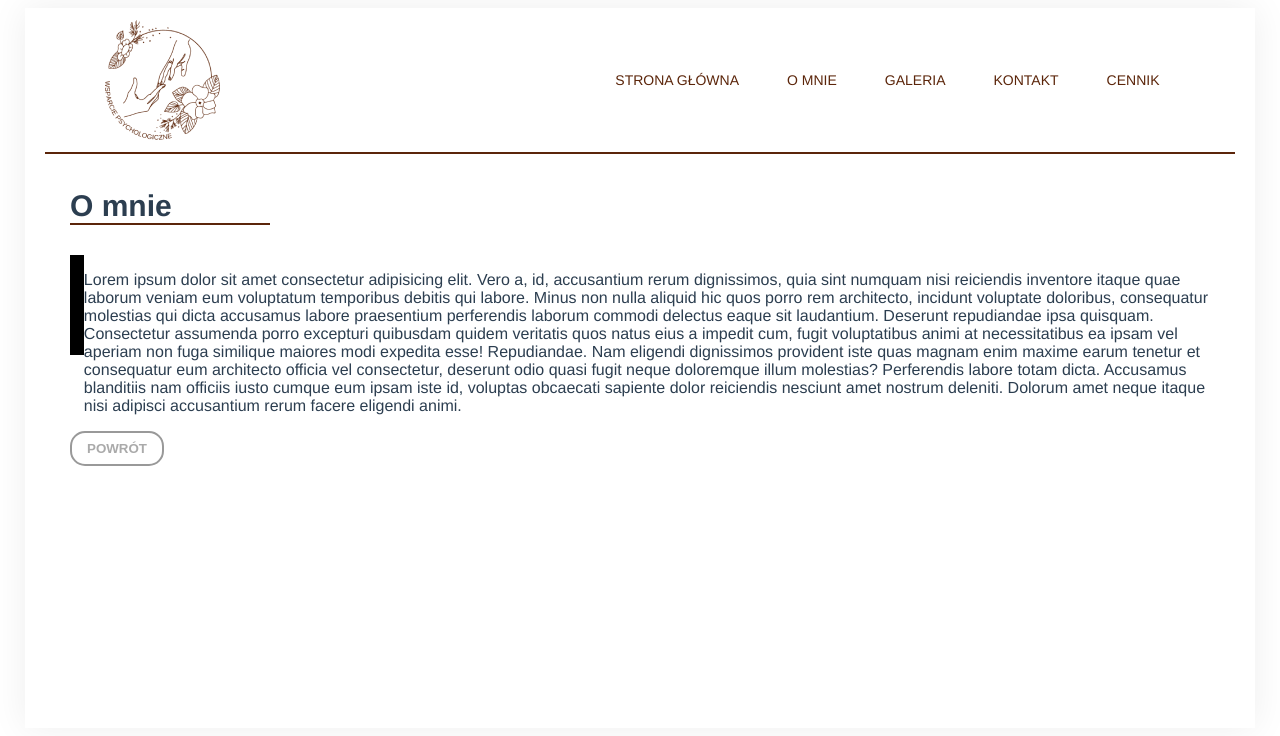
Repository: Kondzioor/szczepan-page
Page: /about
These files come from the project's save history. The page is drawn as it stood at one moment and after the next save; the edit follows.
The browser window is 1280 px wide. The pictures show the whole page.
Some web libraries are served in a nearby version. The project was rebuilt for these pictures with package versions that can differ from the ones it lists, and the page was loaded fresh each time. Also part of the build but not shown: src/views/Home.vue.

Above is the page before, as saved 2022-04-12 14:24:15.

### public/index.html
<!DOCTYPE html>
<html lang="">
  <head>
    <meta charset="utf-8">
    <meta http-equiv="X-UA-Compatible" content="IE=edge">
    <meta name="viewport" content="width=device-width,initial-scale=1.0">
    <link rel="icon" href="<%= BASE_URL %>favicon.ico">
    <title><%= htmlWebpackPlugin.options.title %></title>
    <script src="https://kit.fontawesome.com/c0ecb9f799.js" crossorigin="anonymous"></script>
  </head>
  <body>
    <noscript>
      <strong>We're sorry but <%= htmlWebpackPlugin.options.title %> doesn't work properly without JavaScript enabled. Please enable it to continue.</strong>
    </noscript>
    <div id="app"></div>
    <!-- built files will be auto injected -->
  </body>
</html>

### src/App.vue
<template>
 <div class="app">
   <Navbar />
   <router-view></router-view>
 </div>
</template>
<script>
import Navbar from './components/Navbar.vue'
export default {
  components:{
    Navbar,
  }
}
</script>

<style lang="scss">
.app {
  font-family: Avenir, Helvetica, Arial, sans-serif;
  -webkit-font-smoothing: antialiased;
  -moz-osx-font-smoothing: grayscale;
  color: #2c3e50;
  width: 100%;
  box-sizing: border-box;
  max-width:  1230px;
  min-height: 100vh;
  margin: 0 auto;
  padding: 0 20px;
  box-shadow: 0 0 35px #eee ;
}
a{
  text-decoration: none;
}
ul li{
  list-style: none;
}
button{
  border: none;
  outline: none;
  background: transparent;
  cursor: pointer;
}
</style>

### src/router/index.js
import { createRouter, createWebHistory } from 'vue-router'
import Home from '../views/Home.vue'
import AboutUs from '../views/AboutUs.vue'

const routes = [
  {
    path: '/',
    name: 'Home',
    component: Home
  },
  {
    path: '/about',
    name: 'AboutUs',
    component: AboutUs
  }
]

const router = createRouter({
  history: createWebHistory(process.env.BASE_URL),
  routes
})

export default router

### src/components/Navbar.vue
<template>
    <div class="header">
        <nav>
            <div class="branding">
                <img class="logo" src="../assets/logo/logo.png" alt="">
            </div>
            <ul v-if="!mobile" class="navigation">
                <li ><a class="link" href="#" @click="homePush">Strona główna</a></li>
                <li ><a class="link" href="#" @click="aboutUsPush">O mnie</a></li>
                <li ><a class="link" href="#">Galeria</a></li>
                <li ><a class="link" href="#">Kontakt</a></li>
                <li ><a class="link" href="#">Cennik</a></li>
            </ul>

            <div class="icon">
                <i @click="toggleMobileNav" v-show="mobile" class="fas fa-bars" :class="{'icon-active': mobileNav}"></i>
            </div>
            <transition name="mobile-nav">
                <ul v-if="mobileNav" class="dropdown-nav">
                <li ><a class="link" href="#" @click="homePush">Strona główna</a></li>
                <li ><a class="link" href="#" @click="aboutUsPush">O mnie</a></li>
                <li ><a class="link" href="#">Galeria</a></li>
                <li ><a class="link" href="#">Kontakt</a></li>
                <li ><a class="link" href="#">Cennik</a></li>
                </ul>
            </transition>
        </nav>
    </div>
</template>
<script>
import { useRouter } from "vue-router";
export default {

    data(){
        return{
            router: useRouter(),
            mobile: null,
            mobileNav: null,
            windowWidth: null,
        }
    },
    computed:{

  },
  methods:{
    toggleMobileNav(){
        this.mobileNav = !this.mobileNav
    },
    homePush(){
        this.router.push('/')
    },
    aboutUsPush(){
      this.router.push('/about')
    },

    checkScreen(){
        this.windowWidth = window.innerWidth;
        if(this.windowWidth <= 920){
            this.mobile = true
            return
        }
        this.mobile = false;
        this.mobileNav = false;
        return
    },
  },
  created(){
      window.addEventListener('resize',this.checkScreen);
      this.checkScreen();
  },
}
</script>
<style scoped>
.header{
    max-width:  1230px;
    background-color: white;
    width: 100%;
    border-bottom: 2px solid #5b250a;
    position: relative;
    transition: 0.5s ease all;
    color: #5b250a;
}
.logo{
    cursor: pointer;
}
nav{
    display: flex;
    flex-direction: row;
    padding: 12px 0;
    transition: .5s ease all;
    width:90%;
    margin: 0 auto;
    align-items: center;
}
ul,
.link {
    font-weight: 500;
    color: #5b250a;
    list-style: none;
    text-decoration: none;
}
li{
    text-transform: uppercase;
    padding: 16px;
    margin-left: 16px;
}
.link{
    font-size: 14px;
    transition: .5s ease all;
    padding-bottom: 4px;
    border-bottom: 1px solid transparent;
}
.link:hover{
    color: rgb(81,167,38);
    border-color: rgb(81,167,38);

}
.branding{

    display: flex;
    align-items: center;

}
.branding img{
    width:100%;
    transition: .5s ease all;
}
.navigation{
    display:flex;
    align-items: center;
    flex:1;
    justify-content: flex-end;
}
.icon{
    display: flex;
    align-items: center;
    position: absolute;
    top:0;
    right: 24px;
    height: 100%;
    z-index: 100;
}
i{
    cursor: pointer;
    font-size: 24px;
    transition: .8s ease all;
    margin-right: 40px;
}
.icon-active{
    transform: rotate(180deg);
}
.dropdown-nav{
    display: flex;
    flex-direction: column;
    position: fixed;
    width: 100%;
    max-width: 250px;
    height: 100%;
    background-color: #fff;
    top: 0;
    left: 0;
    z-index: 99;
}
.dropdown-nav li{
    margin-left: 0;

}
.mobile-nav-enter-active,
.mobile-nav-leave-active{
    transition: 1s ease all;
}
.mobile-nav-enter-from,
.mobile-nav-leave-to{
    transform: translateX(-250px)
}
.mobile-nav-enter-to{
    transform: translateX(0)
}

@media (max-width: 420px){
  i{
      margin-right: 10px;
  }
}
@media (max-width: 500px){
  i{
      margin-right: 5px;
  }
}
</style>

### src/views/AboutUs.vue
<template>
<div class="container">
        <div class="inner-container">
                <h1> O mnie
                    <div class="border"></div>
                </h1>
                <section>
                    <div class="photo"></div>
                <p class="text">
               Lorem ipsum dolor sit amet consectetur adipisicing elit. Vero a, id, accusantium rerum dignissimos, quia sint numquam nisi reiciendis inventore itaque quae laborum veniam eum voluptatum temporibus debitis qui labore.
               Minus non nulla aliquid hic quos porro rem architecto, incidunt voluptate doloribus, consequatur molestias qui dicta accusamus labore praesentium perferendis laborum commodi delectus eaque sit laudantium. Deserunt repudiandae ipsa quisquam.
               Consectetur assumenda porro excepturi quibusdam quidem veritatis quos natus eius a impedit cum, fugit voluptatibus animi at necessitatibus ea ipsam vel aperiam non fuga similique maiores modi expedita esse! Repudiandae.
               Nam eligendi dignissimos provident iste quas magnam enim maxime earum tenetur et consequatur eum architecto officia vel consectetur, deserunt odio quasi fugit neque doloremque illum molestias? Perferendis labore totam dicta.
               Accusamus blanditiis nam officiis iusto cumque eum ipsam iste id, voluptas obcaecati sapiente dolor reiciendis nesciunt amet nostrum deleniti. Dolorum amet neque itaque nisi adipisci accusantium rerum facere eligendi animi.
                </p>
                </section>

                <button @click="homePush">Powrót</button>
        </div>
    </div>
</template>
<script>
import { useRouter } from "vue-router";
export default {
    data(){
        return{
             router: useRouter(),
        }
    },
    methods:{
        homePush(){
            this.router.push('/products')
        }
    }
}
</script>
<style scoped>

.container{
    display: flex;
    align-items: center;
    justify-content: center;
    border-radius: 50px;
    margin: 15px 15px;
}
.inner-container{
    padding: 0 10px;
}
.inner-container h1{
    margin-bottom: 30px;
    font-size: 30px;
    font-weight: 800;
}
.border{
    height: 2px;
    width: 200px;
    background-color:#5b250a ;
}
section{
    display: flex;
}
.photo{
    background-color: black;
    width: 100px;
    height: 100px;
    /* flex-grow: 1;
    width: 500px;
    height: 500px;
    background-position-x: 65%;
    background-repeat: no-repeat;
    background-size: cover;
    background-image: url('../assets/boy.jpg'); */
}
.text
{
    /* font-size: 16px;
    color: #444;
    line-height: 30px;
    text-align: justify;
    margin-bottom: 40px; */
}
button{
    border: 2px solid #999;
    color: #aaa;
    border-radius: 15px;
    padding: 8px 15px;
    text-transform: uppercase;
    font-weight: 600;

}
button:hover{
    color: rgb(81,167,38);
    border-color: rgb(81,167,38);
}
span{
    font-weight: bold;
}
@media (max-width: 720px){
    .inner-container{
    padding: 80px 50px;
    }
}
@media (max-width: 500px){
    .inner-container{
    padding: 50px 20px;
    }
}
</style>

Loaded but not shown: src/main.js (common file); src/store/index.js (common file)

After the next save:
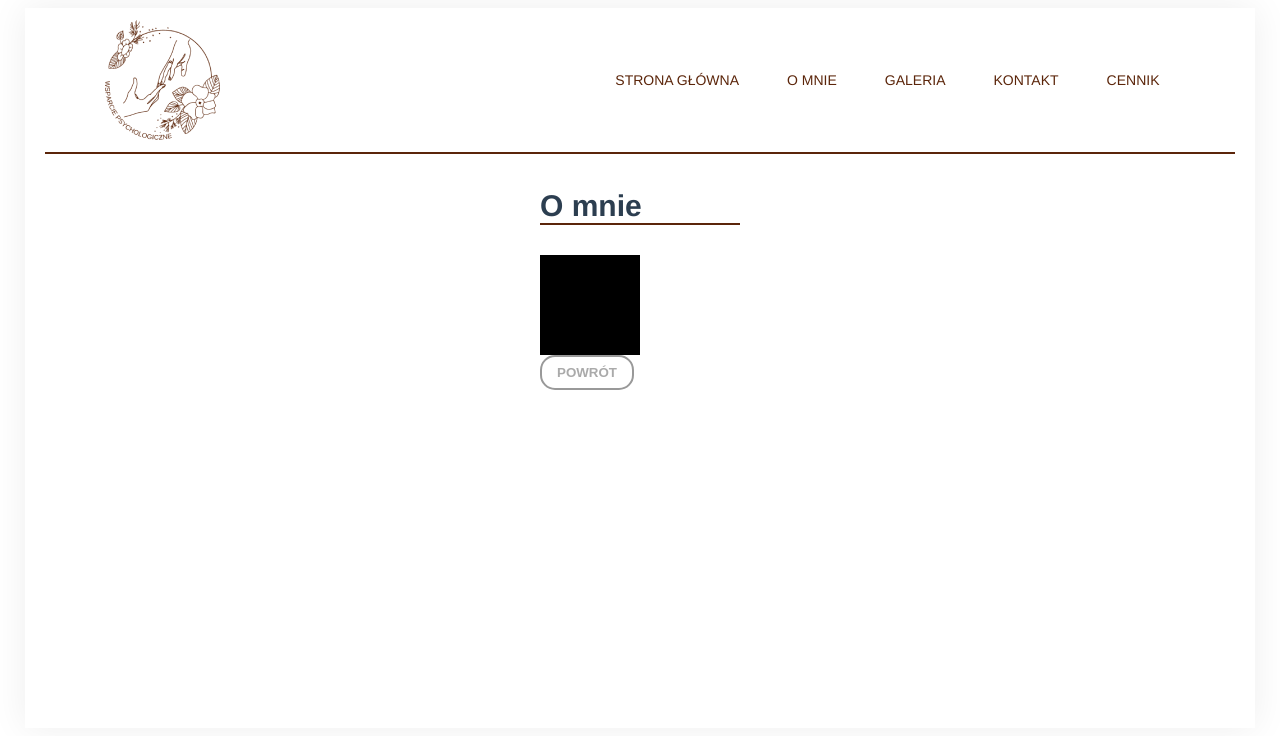
Saved 3 min 3 s later.
--- a/src/views/AboutUs.vue
+++ b/src/views/AboutUs.vue
@@ -5,14 +5,16 @@
                     <div class="border"></div>
                 </h1>
                 <section>
-                    <div class="photo"></div>
+                    <!-- <div class="photo"></div>
                 <p class="text">
                Lorem ipsum dolor sit amet consectetur adipisicing elit. Vero a, id, accusantium rerum dignissimos, quia sint numquam nisi reiciendis inventore itaque quae laborum veniam eum voluptatum temporibus debitis qui labore.
                Minus non nulla aliquid hic quos porro rem architecto, incidunt voluptate doloribus, consequatur molestias qui dicta accusamus labore praesentium perferendis laborum commodi delectus eaque sit laudantium. Deserunt repudiandae ipsa quisquam.
                Consectetur assumenda porro excepturi quibusdam quidem veritatis quos natus eius a impedit cum, fugit voluptatibus animi at necessitatibus ea ipsam vel aperiam non fuga similique maiores modi expedita esse! Repudiandae.
                Nam eligendi dignissimos provident iste quas magnam enim maxime earum tenetur et consequatur eum architecto officia vel consectetur, deserunt odio quasi fugit neque doloremque illum molestias? Perferendis labore totam dicta.
                Accusamus blanditiis nam officiis iusto cumque eum ipsam iste id, voluptas obcaecati sapiente dolor reiciendis nesciunt amet nostrum deleniti. Dolorum amet neque itaque nisi adipisci accusantium rerum facere eligendi animi.
-                </p>
+                </p> -->
+                <div class="photo"></div>
+                <p class="article"></p>
                 </section>
 
                 <button @click="homePush">Powrót</button>
